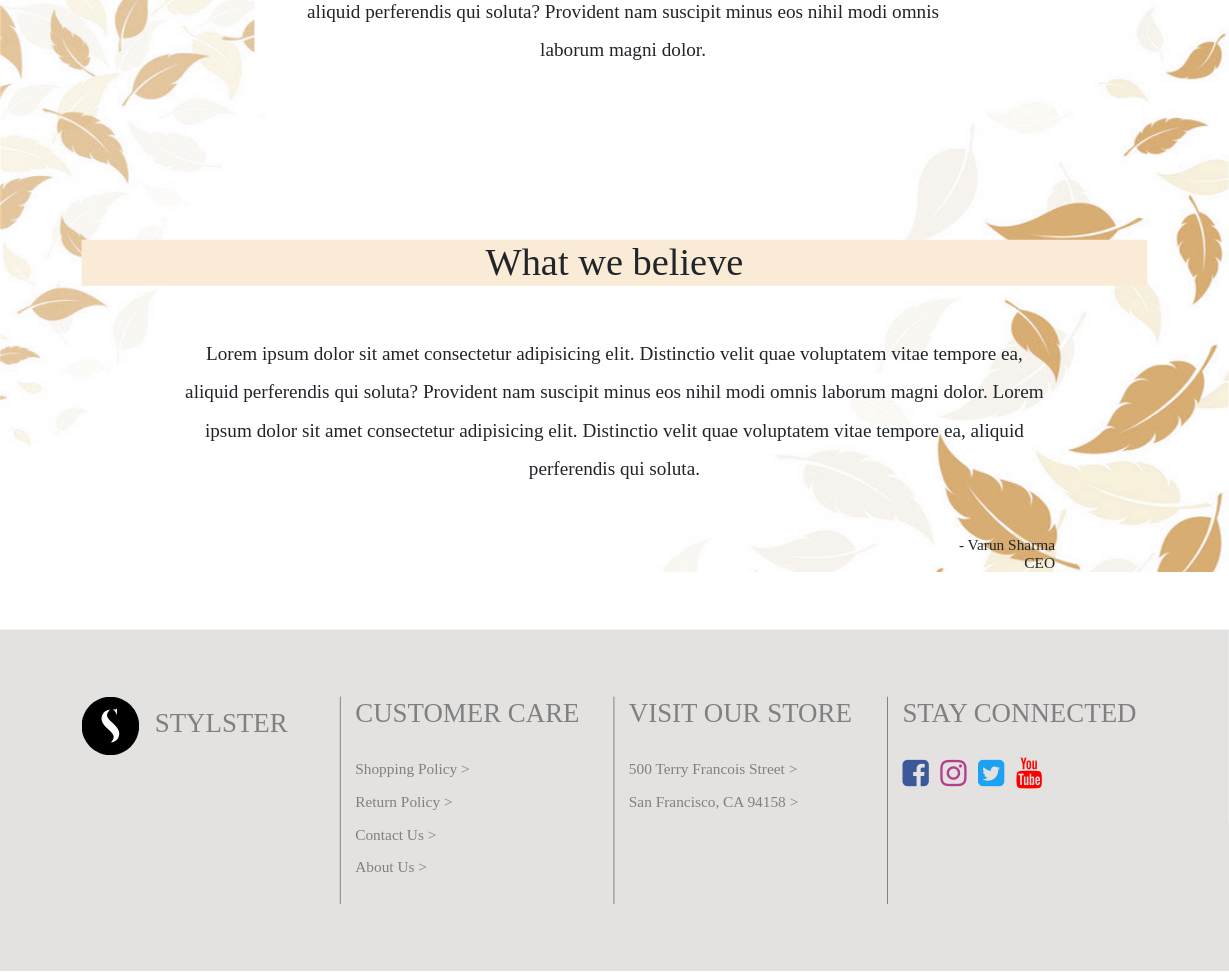
Repository: Lovekr/stylester
Page: stylster_frontend_design/career.html
These files come from the project's save history. The page is drawn as it stood at one moment and after the next save; the edit follows.
The browser window is 1280 px wide. The pictures show the part of the page from y = 731 to 1743 px (the page is 1743 px tall), at 96% of full size.
Some web fonts or font styles are not loaded; a fallback is used.

Above is the page before, as saved 2020-02-26 18:24:47.

### stylster_frontend_design/career.html
<!DOCTYPE html>
<html lang="en">
<head>
    <meta charset="UTF-8">
    <meta name="viewport" content="width=device-width, initial-scale=1.0">
    <link rel="stylesheet" href="https://stackpath.bootstrapcdn.com/bootstrap/4.4.1/css/bootstrap.min.css" >
     <link rel="stylesheet" href="./css/owl.carousel.css">
     <link rel="stylesheet" href="./css//owl.theme.default.min.css">
     <link rel="stylesheet" href="https://cdnjs.cloudflare.com/ajax/libs/font-awesome/4.7.0/css/font-awesome.min.css">
    <link rel="stylesheet" href="./css/career.css">

    <title>STYLSTER</title>
</head>
<body>


  <div id="navbar">
    <nav class="navbar navbar-expand-lg navbar-light">
        <img class="pr-3"
        src="./asset/stylster logo1-01.svg"><a class="navbar-brand" href="#">STYLSTER</a>

      <button class="navbar-toggler" type="button" data-toggle="collapse" data-target="#navbarSupportedContent" aria-controls="navbarSupportedContent" aria-expanded="false" aria-label="Toggle navigation">
        <span class="navbar-toggler-icon"></span>
    </button>
        <div class="collapse navbar-collapse" id="navbarSupportedContent">
          <input type="text" placeholder="e.g. T-shirt, Top ...">
          <div class="navbar-manu-inside">
            <a href="#">MEN</a>
            <a href="#">WOMEN</a>
            <a href="#">DEALS</a>
            <a href="#">STYLE PICK</a>
            <a href="#">BLOGGER NETWORK</a>
            <a href="#">ABOUT</a>
          </div>
          <div class="displaynone1000">
            <div>
                <i class="fa fa-facebook-square"></i>
                <i class="fa fa-instagram"></i>
                <i class="fa fa-pinterest-square"></i>
                <i class="fa fa-youtube"></i>
              </div>
              <div class="flexIcon">
                <i class="fa fa-heart border border-dark"></i>
                    <i class="fa fa-user border border-dark"></i>
              </div>
          </div>
        </div>

    </nav>
    <div class="navbar-manu">
      <a href="#">MEN</a>
      <a href="#">WOMEN</a>
      <a href="#">DEALS</a>
      <a href="#">STYLE PICK</a>
      <a href="#">BLOGGER NETWORK</a>
      <a href="#">ABOUT</a>
    </div>
</div>
<div class="container mt-5 interested text-center">
  <div class="flex1">
       <h4 class="mr-3 pb-2">I'm Interested in </h4>
       <select class="mr-3 mb-2 form-control" id="exampleFormControlSelect1">
           <option>Choose your category </option>
           <option>2</option>
           <option>3</option>
           <option>4</option>
           <option>5</option>
       </select>
       <div>
           <button type="button" class="btn">GO</button>
       </div>
  </div>
</div>
    <div class="main-header bgOffice">
        <h1 class="career-header">Join Stylster...</h1>
    </div>


     <div class="container-fluid backgroundimg">
           <div class="career-sub-text">
                <p >Lorem ipsum dolor sit amet consectetur adipisicing elit. Distinctio velit quae voluptatem vitae tempore ea, aliquid perferendis qui soluta? Provident nam suscipit minus eos nihil modi omnis laborum magni dolor. Lorem ipsum dolor sit amet consectetur adipisicing elit. Distinctio velit quae voluptatem vitae tempore ea, aliquid perferendis qui soluta? Provident nam suscipit minus eos nihil modi omnis laborum magni dolor.</p>
            </div>
            <div class="text-center career-head-believe container">
                <h1>What we believe</h1>
                <p>Lorem ipsum dolor sit amet consectetur adipisicing elit. Distinctio velit quae voluptatem vitae tempore ea, aliquid perferendis qui soluta? Provident nam suscipit minus eos nihil modi omnis laborum magni dolor. Lorem ipsum dolor sit amet consectetur adipisicing elit. Distinctio velit quae voluptatem vitae tempore ea, aliquid perferendis qui soluta.</p>
               <div class="text-right mr-5 pr-5">
                <h6>- Varun Sharma </h6>
                <h6 class="">CEO</h6>
               </div>
            </div>
        </div>


        <div id="footer" class="container-fluid">
          <div class="row">
              <div class="col-xs-12 col-sm-6 col-md-3 rline">
                <h3 class="footer-stylster"><img class="pr-3" src="./asset/stylster logo1-01.svg">STYLSTER</h1>


              </div>
              <div class="col-xs-12 col-sm-6 col-md-3 rline rline3">
                  <h3>CUSTOMER CARE</h3>
                  <ul>
                      <li><a href="#">Shopping Policy ></a></li>
                      <li><a href="#">Return Policy ></a></li>
                      <li><a href="#">Contact Us ></a></li>
                      <li><a href="#">About Us ></a></li>
                  </ul>

              </div>
              <div class="col-xs-12 col-sm-6 col-md-3 rline">
                  <h3>VISIT OUR STORE</h3>
                  <ul>
                      <li><a href="#">500 Terry Francois Street ></a></li>
                      <li><a href="#">San Francisco, CA 94158 ></a></li>

                  </ul>
              </div>
              <div class="col-xs-12 col-sm-6 col-md-3 rline2">
                  <h3>STAY CONNECTED</h3>
                  <div class="mt-4">
                      <a href="#"><i class="fa fa-facebook-square fa-2x pr-2"></i></a>
                      <a href="#"><i class="fa fa-instagram fa-2x pr-2"></i></a>
                      <a href="#"><i class="fa fa-twitter-square fa-2x pr-2"></i></a>
                      <a href="#"><i class="fa fa-youtube fa-2x "></i></a>

                  </div>
              </div>
          </div>
        </div>


<script src="https://code.jquery.com/jquery-3.4.1.slim.min.js" ></script>
<script src="https://cdn.jsdelivr.net/npm/popper.js@1.16.0/dist/umd/popper.min.js" ></script>
<script src="https://stackpath.bootstrapcdn.com/bootstrap/4.4.1/js/bootstrap.min.js" ></script>

</body>
</html>

### stylster_frontend_design/css/career.css
@import url('https://fonts.googleapis.com/css?family=Allerta+Stencil&display=swap');
html *
{
    font-family: 'Allerta Stencil';

}
*{
    margin: 0;
    padding: 0;
}
h1,h2,h3,h4,h5,h6,p{
    padding: 0px;
    margin: 0px;
}
.backgroundimg {
    background: url("../asset/brown\ leaf-01.svg");
    background-size: cover;
    width: 100%;
}

/* navbar */


#navbar{
    background-color: rgb(218, 214, 214) !important;
}
#navbar .navbar-brand{
    font-size: 40px;
    font-weight: 500;
}
#navbar i{
    margin-right: 10px;
    font-size: 20px;
}

#navbar .nav-link{
    color: black;
    margin:0px 20px 0px 20px;
    text-decoration: underline;
    font-weight: 500;
}

.flexIcon{
    display: flex;
    justify-content: center;
    width: 100%;
}
.flexIcon i{

   width: 30px;
   padding: 3px  7px;
   height: 25px;
}

#navbar input{
    width: 65%;
    margin:auto 200px auto 30px;
     outline: 0;
    border-width: 0 0 2px;
    border-color: rgb(179, 174, 174);
    background-color: rgb(218, 214, 214) !important;

}
#navbar input:focus {
    border-color: black
  }
  #navbar input::placeholder{
      padding-left: 10px;
  }

.navbar-manu{
    display: flex;
    justify-content: center;
}
.navbar-manu a{
    margin: 10px 50px;
}
.navbar-manu a{
    color: black !important;
   font-weight: 500;
}
.navbar-manu a:hover{
    text-decoration: underline;
}
.fa-facebook-square {
    color: #3b5998;
  }
.fa-instagram {
    color: #B43E8E;
}
.fa-pinterest-square {
    color: #bd081c;
}
.fa-youtube {
      color: #FF0000;
}
.fa-twitter-square {
    color: #1da1f2;
}
::placeholder {
    color:white !important;
}
@media only screen and (min-width: 1000px){
    .navbar-manu-inside{
        display: none;
    }
}

@media only screen and (max-width: 1000px){
    .displaynone1000{
        display: none;
    }
    .navbar-manu{
        display: none;

    }

    .navbar-manu-inside {
        display: flex;
        flex-direction: column;
        margin: 20px 0px 20px 30px;
        padding: 20px 0px;
    }

    .navbar-manu-inside a{
            margin: 10px 0px;
            color: black !important;
            font-weight: 500;
    }

}
@media only screen and (max-width: 1024px){
    #navbar input {
    width: 50%;
    }
    .navbar-manu a {
        margin: 10px 20px;
    }
}

@media only screen and (max-width: 770px){
    #navbar input {
        width: 70%;
    }
}

@media only screen and (max-width: 450px){
    #navbar input {
        width: 100%;
        margin:auto;
        margin-top: 15px;
    }
}











  /* main header */

  .bgOffice{
      background: url('https://images.unsplash.com/photo-1497366811353-6870744d04b2?ixlib=rb-1.2.1&ixid=eyJhcHBfaWQiOjEyMDd9&auto=format&fit=crop&w=750&q=80');
      background-size: cover;
      width: 100%;
      height: 70vh;
      background-position: center;
      background-repeat: no-repeat;


    }

.bgOffice .career-header{
    position: relative;
    top: 32%;
    width: 900px !important;
    text-align: right;

    font-size: 80px;
    background-color: #c1a693;
    opacity: .7;
    padding: 3px 20px;
    width: 500px;
}

.career-sub-text{
    background-color: white;
    width: 60vw;
    position: relative;;
   top: -218px;
   left: 20%;
    line-height: 40px;
    padding: 50px;
    width: 100;
    border-radius: 20px;
    align-items: center;
    font-size: 20px;
    text-align: center;
}
.career-head-believe{
    margin-top:-90px !important;
}
.career-head-believe h1{
     background-color: antiquewhite;
     padding: 0px 300px;

}

.career-head-believe p{
    padding: 50px 100px;
    font-size: 20px;
    line-height: 40px;
}
.interested{
    padding: 0px 150px;

}
.interested select{
    width: 400px;
}

.interested .form-control{
    color: white;
    background-color: black;
}
.interested .btn{
    background-color: black;
    color: white;
    font-weight: 600;
}
.interested button:hover{
    background-color: rgb(163, 157, 157);
    color: black;
}
.interested .flex1{
    display: flex;
    justify-content: center;
}

/* responsive 1024 */


@media only screen and (max-width: 1100px) {
    #navbar .displaynone1000{
       display: none;
    }
    .bgOffice .career-header {
        width: 730px !important;
    }
    .career-sub-text {
        bottom: -10%;
        font-size: 25px;
    }
    .career-head-believe p{
        font-size: 25px;
    }


}

/* responsive 770 */

@media only screen and (max-width: 770px) {

  .career-head-believe p {
        padding: 50px 100px;
    }

    .career-sub-text {
        width: 80vw;
        left: 10%;
        bottom: -20% !important;
        font-size: 18px;

    }
    .bgOffice .career-header {
        width: 650px !important;
    }
    .career-head-believe{
        margin-top: 300px;
    }
    .career-head-believe h1{
        padding: 0px  100px;
    }
    .career-head-believe p{
        font-size: 18px;
    }
    .interested .flex1{

    }
    .flex1{
        display: flex;
        flex-direction: column;
        justify-content: center;
    }

}


/* footer */


#footer .row{
    padding: 70px;

}

#footer{
    margin-top: 60px;
    background-color: rgb(228, 226, 225);
}
/* .footer-stylster{
    line-height: 0;
} */
#footer ul {
    list-style: none;
}
#footer a,#footer h3{
    color: gray;
}
#footer a:hover{
    color: black;
    font-weight: 500;
}

.rline{
    border-right: 1px solid gray;

}

#footer ul li{
    padding-bottom: 10px;
}
#footer h3{
    margin-bottom: 30px;
}

@media only screen and (max-width: 770px){


    #footer .row {
        padding: 30px;
    }


}

@media only screen and (max-width: 420px){

    .rline{
        border: none;
    }

}


@media only screen and (max-width: 1024px){
    .career-sub-text {
        bottom: -5%;
    }
    .career-sub-text {

        width: 80vw;

        top: -200px;
        left: 10%;

    }
}

/* min 1024 */
@media only screen and (min-width: 1030px) {

    .bgOffice .career-header {
        width: 650px ;
    }
    .career-sub-text {
        bottom: -30%;
    }

}

@media only screen and (max-width: 380px){
    /* .career-sub-text {
        bottom: -20;
    } */
}
/* max 400 */
@media only screen and (max-width: 450px){
    .bgOffice .career-header {
        width: 300px !important;
        font-size: 30px;
    }
    .career-head-believe{
        margin-top: -180px !important;
    }
    .interested {
        align-items: center;
    }
    .interested select{
        width: 250px;
        display: flex !important;
        width: 100%;
        justify-content: center;
    }
    .form-control{
        display: none;
    }
    .career-sub-text{
        font-size: 14px;
        line-height: 1.5;
        padding: 20px;
        width: 80vw;
        left: 7%;
    }
    .career-head-believe{
         margin-top: 200px;
    }
    .career-head-believe p{
        padding: 50px 20px;
        line-height: 1.5;
        font-size: 14px;
    }
    .career-sub-text {
        bottom: -25%;
    }
    .interested {
        padding: 0px 50px;
    }
    .career-head-believe h1{
        padding: 0px  50px;
        font-size: 30px;
    }
    .interested .btn{
        padding: 0;
    height: 35px;
    width: 50px;
    }


}

/* @media only screen and (max-width: 500px){
    .bgOffice .career-header {
        top: ;
} */

Loaded but not shown: stylster_frontend_design/css/owl.carousel.css (library); stylster_frontend_design/css/owl.theme.default.min.css (common file)

After the next save:
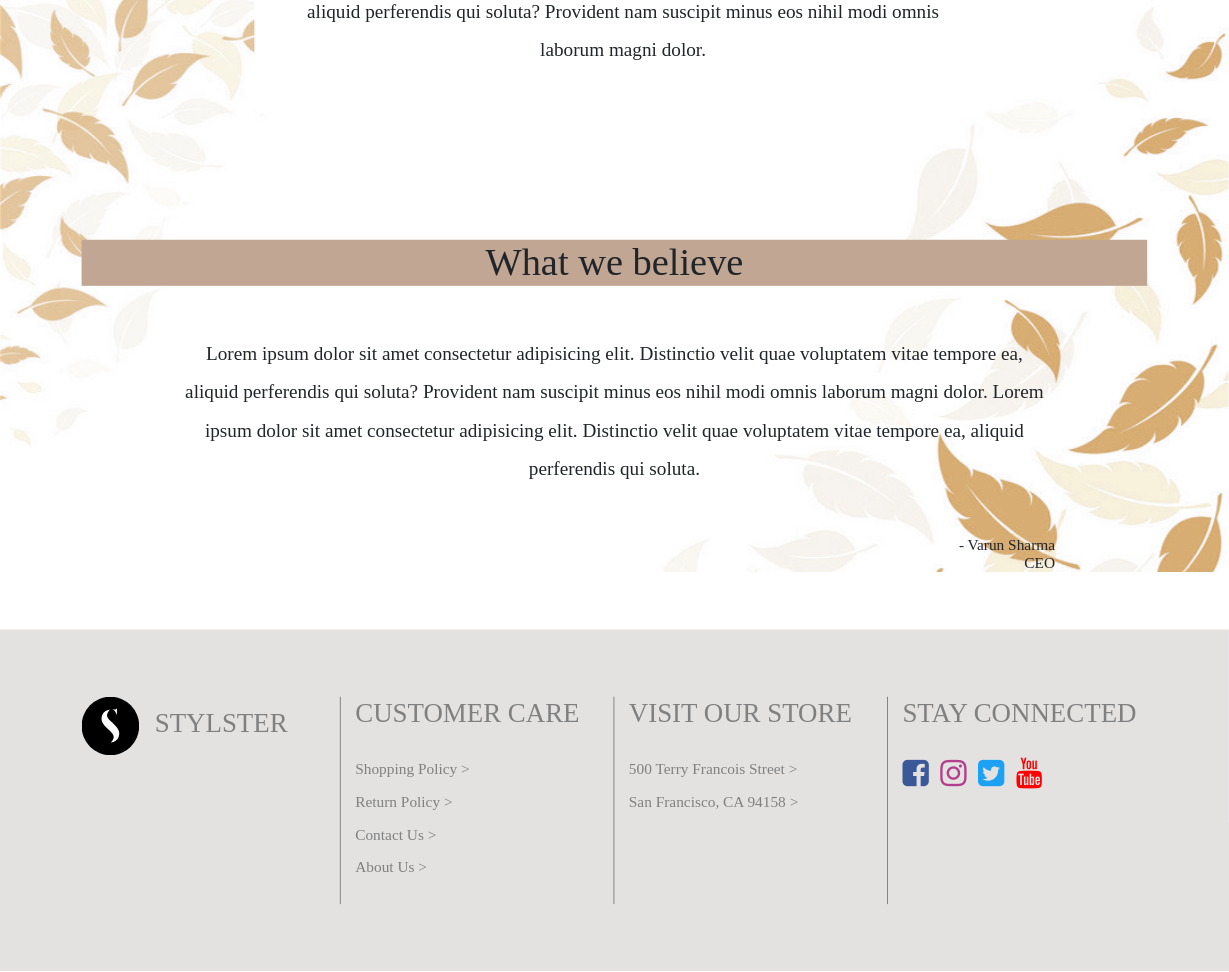
Saved 3 min 4 s later.
--- a/stylster_frontend_design/css/career.css
+++ b/stylster_frontend_design/css/career.css
@@ -206,7 +206,7 @@ h1,h2,h3,h4,h5,h6,p{
     margin-top:-90px !important;
 }
 .career-head-believe h1{
-     background-color: antiquewhite;
+     background-color: #c1a693;
      padding: 0px 300px;
 
 }
